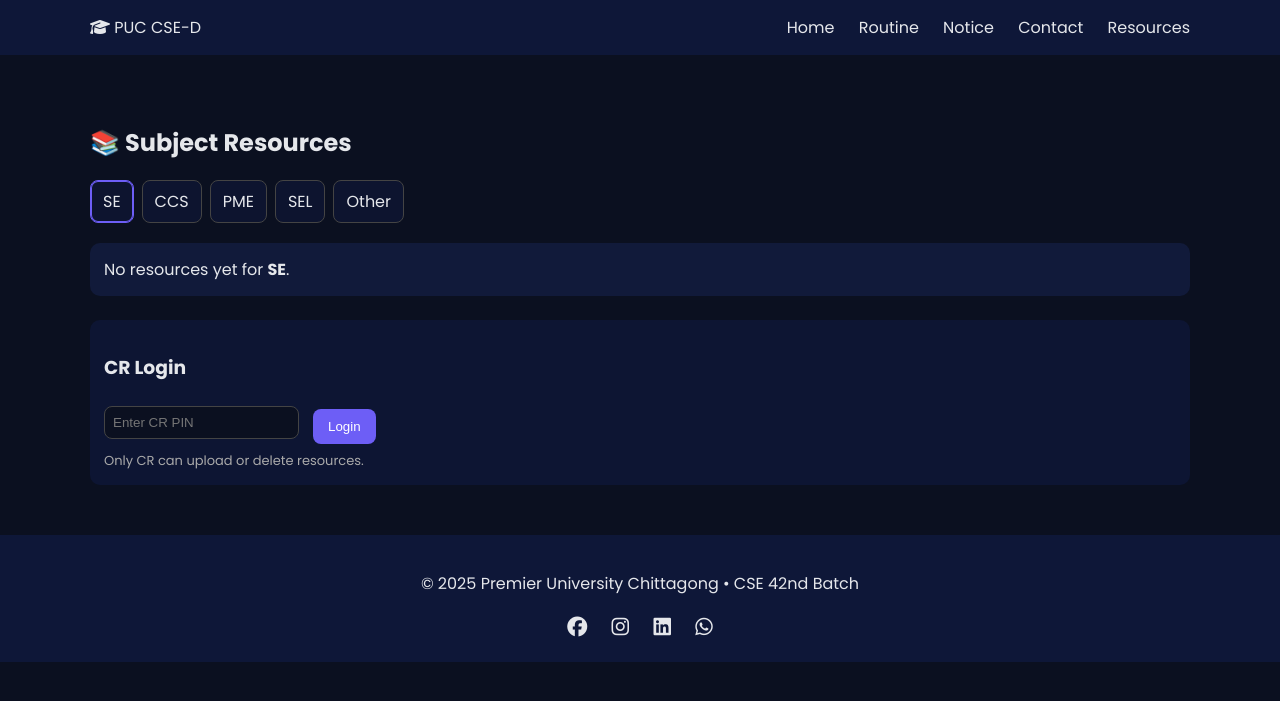
Repository: naimuddin1190/puc-class-management
Page: http://localhost/resources.php?subject=SE
These files come from the project's save history. The page is drawn as it stood at one moment and after a run of saves; the edit follows.
The browser window is 1280 px wide. The pictures show the whole page.
The page is run by PHP 8.4 with error messages shown; the project is at /var/www/html/. The database holds what the project's SQL file puts in it.

Above is the page before, as saved 2025-09-02 22:23:40.

After the next 2 saves:
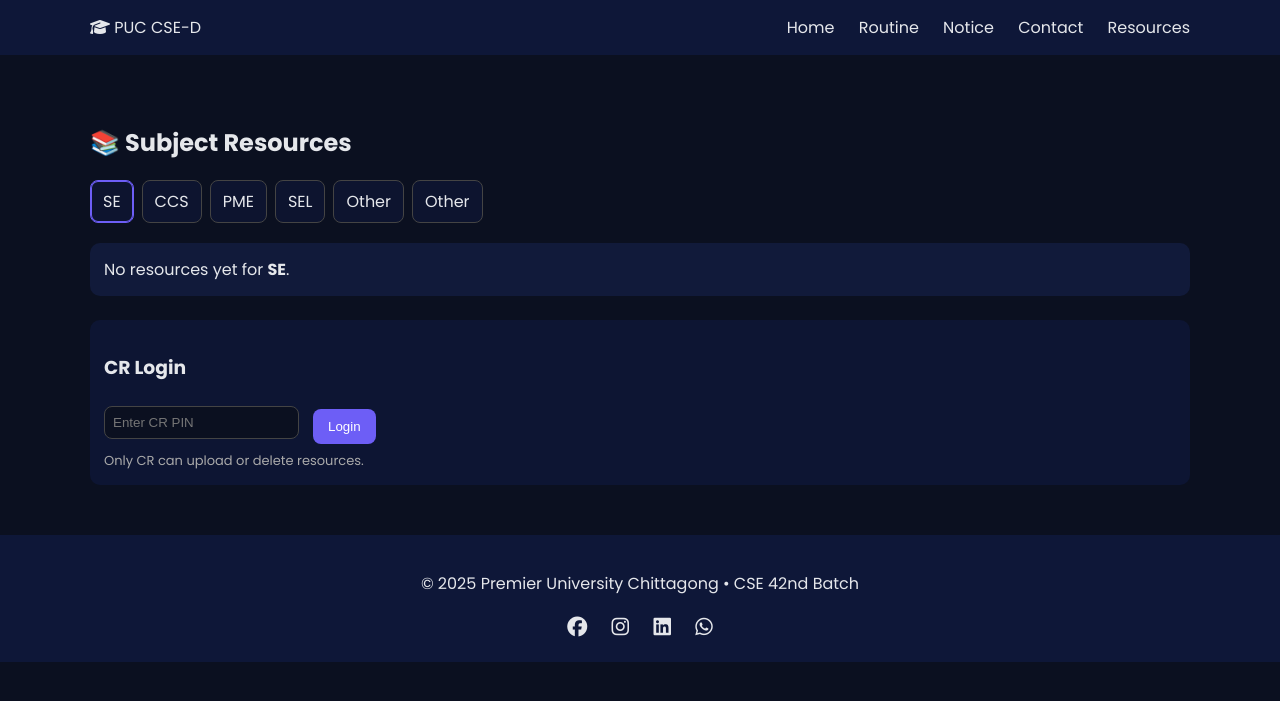
The 2 saves are shown as one change because they came seconds apart.
The last was saved 60 s later.
--- a/resources.php
+++ b/resources.php
@@ -6,7 +6,7 @@ include 'db.php';
 define('CR_PIN', '1234');
 
 // Allowed subjects (চাইলে বাড়াতে/কমাতে পারো)
-$SUBJECTS = ['SE', 'CCS', 'PME', 'SEL', 'Other'];
+$SUBJECTS = ['SE', 'CCS', 'PME', 'SEL', 'Other','Other'];
 
 // CR login
 $login_error = '';
